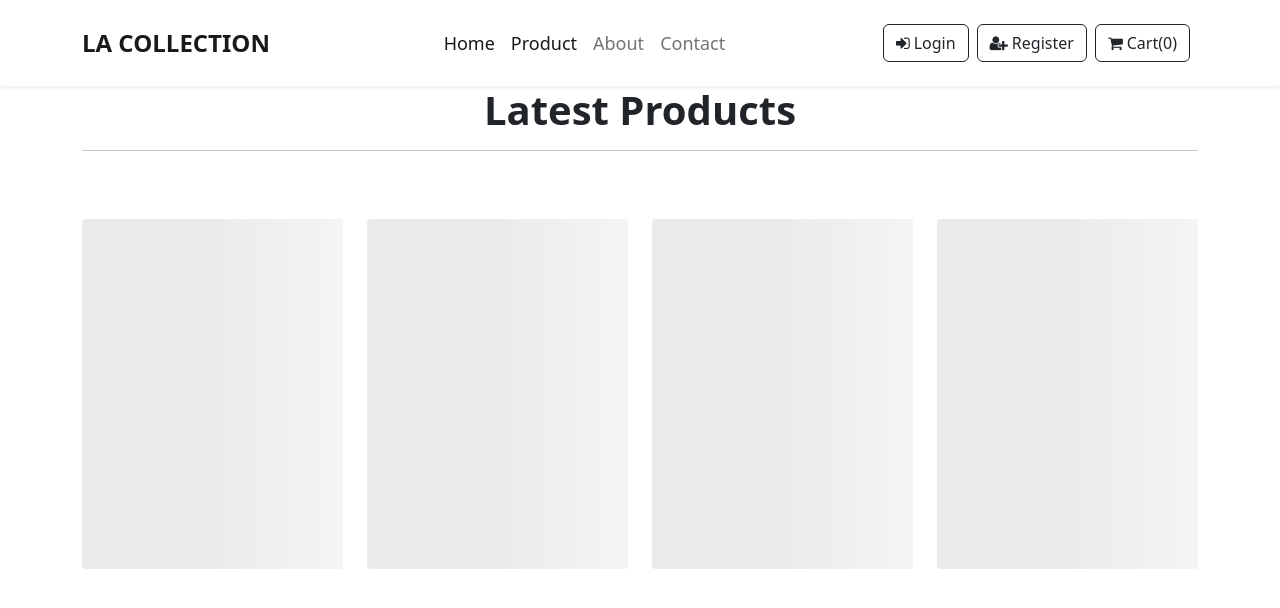
Repository: tiendungjr123/Ecommerce
Page: /products
The author's editor kept a copy of each file at every save. The page is drawn from the files as they stood at one save, then again after the next save.
The browser window is 1280 px wide. The pictures show the whole page.
The page's requests for data from a server got no answer. The project was rebuilt for these pictures with package versions that can differ from the ones it lists, and the page was loaded fresh each time. No one was signed in, and anything a server would have sent is missing. Also part of the build but not shown: src/components/Home.jsx, src/redux/action/index.js, src/components/ProductDetail.jsx, src/components/About.jsx, src/components/Contact.jsx, src/components/Cart.jsx, src/components/Checkout.jsx.

Above is the page before, as saved 2022-10-04 21:18:04.

### src/index.js
import React from 'react';
import ReactDOM from 'react-dom/client';
import './index.css';
import App from './App';
import '../node_modules/bootstrap/dist/css/bootstrap.min.css';
import '../node_modules/bootstrap/dist/js/bootstrap.min.js';
import '../node_modules/font-awesome/css/font-awesome.min.css';
import 'react-loading-skeleton/dist/skeleton.css'
import 'react-notifications/lib/notifications.css';
import { BrowserRouter } from 'react-router-dom';
import store from './redux/store';
import { Provider } from 'react-redux';
const root = ReactDOM.createRoot(document.getElementById('root'));
root.render(
   <BrowserRouter>
      <Provider store={store}>
         <App />
      </Provider>
   </BrowserRouter>
);

### src/index.css
body {
   margin: 0;
   font-family: -apple-system, BlinkMacSystemFont, "Segoe UI", "Roboto", "Oxygen", "Ubuntu", "Cantarell", "Fira Sans",
      "Droid Sans", "Helvetica Neue", sans-serif;
   -webkit-font-smoothing: antialiased;
   -moz-osx-font-smoothing: grayscale;
}

code {
   font-family: source-code-pro, Menlo, Monaco, Consolas, "Courier New", monospace;
}

### src/App.js
import './App.css';
import Home from './components/Home';
import Navbar from './components/Navbar';
import {Route,  Routes} from 'react-router-dom';
import Products from './components/Products';
import ProductDetail from './components/ProductDetail';
import About from './components/About';
import Contact from './components/Contact';
import Cart from './components/Cart';
import Checkout from './components/Checkout';
function App() {
   return (
      <>
         <Navbar/>
         <Routes>
            <Route exact path='/' element={<Home/>}/>
            <Route exact path='/products' element={<Products/>}/>
            <Route exact path='/products/:id' element={<ProductDetail/>}/>
            <Route exact path='/about' element={<About/>}/>
            <Route exact path='/contact' element={<Contact/>}/>
            <Route exact path='/cart' element={<Cart/>}/>
            <Route exact path='/checkout' element={<Checkout/>}/>
         </Routes>
      </>
   );
}

export default App;

### src/redux/store.js
import { createStore } from "redux";
import rootReducers from "./reducer";
const store = createStore(rootReducers);

export default store;

### src/App.css
/* Navbar css */

.navbar-nav a{
   font-size: 18px;
}

/* Card css*/

.card{
   transition: all 0.5s ease;
}

.card:hover{
   transform: scale(1);
   box-shadow: 5px 5px 10px rgba(0, 0, 0, 0.5);
}

/* Product detail */
.img-detail{
   transition: all 0.5s ease;
}
.img-detail:hover{
   transform: scale(1.1);
   box-shadow: 5px 5px 10px rgba(0, 0, 0, 0.5);
}

### src/components/Navbar.jsx
import React, { useState } from 'react';
import { NavLink } from 'react-router-dom';
import { useSelector } from 'react-redux';
import Login from './Login';
import Register from './Register';
const Navbar = () => {
   const state = useSelector((state) => state.handleCart);
   return (
      <div>
         <nav className="navbar navbar-expand-lg bg-white py-3 shadow-sm">
            <div className="container">
               <NavLink className="navbar-brand fw-bold fs-4" to="/">LA COLLECTION</NavLink>
               <button className="navbar-toggler" type="button" data-bs-toggle="collapse" data-bs-target="#navbarSupportedContent" aria-controls="navbarSupportedContent" aria-expanded="false" aria-label="Toggle navigation">
                  <span className="navbar-toggler-icon"></span>
               </button>
               <div className="collapse navbar-collapse" id="navbarSupportedContent">
                  <ul className="navbar-nav mx-auto mb-2 mb-lg-0">
                     <li className="nav-item">
                        <NavLink className="nav-link active" aria-current="page" to="/">Home</NavLink>
                     </li>
                     <li className="nav-item">
                        <NavLink className="nav-link" to="/products">Product</NavLink>
                     </li>
                     <li className="nav-item">
                        <NavLink className="nav-link" to="/about">About</NavLink>
                     </li>
                     <li className="nav-item">
                        <NavLink className="nav-link" to="/contact">Contact</NavLink>
                     </li>
                  </ul>
               </div>
               <Login />
               <Register/>
               <NavLink to="/cart" className='btn btn-outline-dark m-2'>
                  <i className='fa fa-shopping-cart me-1'></i>Cart({state.length})
               </NavLink>
            </div>
         </nav>
      </div>
   );
}

export default Navbar;

### src/components/Products.jsx
import React, { useState, useEffect } from 'react'
import Skeleton from 'react-loading-skeleton';
import { NavLink } from 'react-router-dom';
const Products = () => {

   const [data, setData] = useState([]);
   const [filter, setFilter] = useState(data);
   const [loading, setLoading] = useState(false);

   let componentMounted = true;

   useEffect(() => {
      const getProducts = async () => {
         setLoading(true);
         const response = await fetch("https://fakestoreapi.com/products");
         if (componentMounted) {
            setData(await response.clone().json());
            setFilter(await response.json());
            setLoading(false);
         }
         return () => {
            componentMounted = false;
         }
      }
      getProducts();
   }, []);

   const Loading = () => {
      return (
         <>
            <div className="col-md-3">
               <Skeleton height={350} />
            </div>
            <div className="col-md-3">
               <Skeleton height={350} />
            </div>
            <div className="col-md-3">
               <Skeleton height={350} />
            </div>
            <div className="col-md-3">
               <Skeleton height={350} />
            </div>
         </>
      )
   }
   const filterProduct = (cat) => {
      const updateList = data.filter((item) => item.category === cat);
      setFilter(updateList);
   }
   const ShowProducts = () => {
      return (
         <>
            <div className="buttons d-flex justify-content-center mb-5 pd-5">
               <button className='btn btn-outline-dark me-2' onClick={() => setFilter(data)}>ALL</button>
               <button className='btn btn-outline-dark me-2' onClick={() => filterProduct("men's clothing")}>Men's Clothing</button>
               <button className='btn btn-outline-dark me-2' onClick={() => filterProduct("women's clothing")}>Women's Clothing</button>
               <button className='btn btn-outline-dark me-2' onClick={() => filterProduct("jewelery")}>Jewelery</button>
               <button className='btn btn-outline-dark me-2' onClick={() => filterProduct("electronics")}>Electronic</button>
            </div>
            {filter.map((product) => {
               return (
                  <>
                     <div className="col-lg-3 col-md-4 col-sm-6 col-xs-12 mb-4">
                        <div className="card h-100 text-center p-4" key={product.id} >
                           <img src={product.image}
                              className="card-img-top"
                              alt={product.tittle}
                              height="250px"
                           />
                           <div className="card-body">
                              <h5 className="card-title mb-0">{product.title.substring(0, 12)}...</h5>
                              <p className="card-text lead fw-bold">${product.price}</p>
                              <NavLink to={`/products/${product.id}`} className="btn btn-outline-dark">Buy Now</NavLink>
                           </div>
                        </div>
                     </div>
                  </>
               )
            })}
         </>
      )
   }
   return (
      <div>
         <div className="container">
            <div className="row">
               <div className="col-12 mb-5">
                  <h1 className='display-6 fw-bolder text-center'>Latest Products</h1>
                  <hr />
               </div>
            </div>
            <div className="row justify-content-center">
               {loading ? <Loading /> : <ShowProducts />}
            </div>
         </div>
      </div>
   )
}

export default Products

### src/redux/reducer/index.js
import handleCart from "./handleCart";
import { combineReducers } from "redux";

const rootReducers =  combineReducers({
   handleCart,
})

export default rootReducers;

### src/components/Login.jsx
import React from 'react';

const Login = () => {
   return (
      <>
         <button type="button" className="btn btn-outline-dark ms-auto" data-bs-toggle="modal" data-bs-target="#loginModal">
            <i className='fa fa-sign-in me-1' />Login
         </button>
         <div className="modal fade" id="loginModal" tabIndex="-1" aria-labelledby="loginModalLabel" aria-hidden="true">
            <div className="modal-dialog">
               <div className="modal-content">
                  <div className="modal-header">
                     <h1 className="modal-title fs-5 fw-bold" id="loginModalLabel">Login</h1>
                     <button type="button" className="btn-close" data-bs-dismiss="modal" aria-label="Close"></button>
                  </div>
                  <div className="modal-body">
                     <button className='btn btn-dark w-100 mb-2'>
                        <i className='fa fa-google me-2'></i>Sign in With Google
                     </button>
                     <button className='btn btn-dark w-100 mb-2'>
                        <i className='fa fa-facebook me-2'></i>Sign in With Facebook
                     </button>
                     <form>
                        <div class="mb-3">
                           <label htmlFor="exampleInputEmail1" class="form-label">Email address</label>
                           <input type="email" class="form-control" id="exampleInputEmail1" aria-describedby="emailHelp"/>
                              <div id="emailHelp" class="form-text">We'll never share your email with anyone else.</div>
                        </div>
                        <div class="mb-3">
                           <label htmlFor="exampleInputPassword1" class="form-label">Password</label>
                           <input type="password" class="form-control" id="exampleInputPassword1"/>
                        </div>
                        <div class="mb-3 form-check">
                           <input type="checkbox" class="form-check-input" id="exampleCheck1"/>
                              <label class="form-check-label" htmlFor="exampleCheck1">Check me out</label>
                        </div>
                        <button type="submit" class="btn btn-outline-dark w-100">Submit</button>
                     </form>
                  </div>
               </div>
            </div>
         </div>
      </>
   );
}

export default Login;

### src/components/Register.jsx
import React from 'react';

const Register = () => {
   return (
      <>
         <button type="button" class="btn btn-outline-dark ms-2" data-bs-toggle="modal" data-bs-target="#registerModal">
            <i className='fa fa-user-plus me-1'></i>Register
         </button>
         <div className="modal fade" id="registerModal" tabIndex="-1" aria-labelledby="registerModalLabel" aria-hidden="true">
            <div className="modal-dialog">
               <div className="modal-content">
                  <div className="modal-header">
                     <h1 className="modal-title fs-5 fw-bold" id="registerModalLabel">Register</h1>
                     <button type="button" className="btn-close" data-bs-dismiss="modal" aria-label="Close"></button>
                  </div>
                  <div className="modal-body">
                     <button className='btn btn-dark w-100 mb-2'>
                        <i className='fa fa-google me-2'></i>Sign up With Google
                     </button>
                     <button className='btn btn-dark w-100 mb-2'>
                        <i className='fa fa-facebook me-2'></i>Sign up With Facebook
                     </button>
                     <form>
                        <div class="mb-3">
                           <label htmlFor="exampleInput" class="form-label">User Name</label>
                           <input type="text" class="form-control" id="exampleInput" aria-describedby="emailHelp" />
                        </div>
                        <div class="mb-3">
                           <label htmlFor="exampleInputEmail1" class="form-label">Email address</label>
                           <input type="email" class="form-control" id="exampleInputEmail1" aria-describedby="emailHelp" />
                           <div id="emailHelp" class="form-text">We'll never share your email with anyone else.</div>
                        </div>
                        <div class="mb-3">
                           <label htmlFor="exampleInputPassword1" class="form-label">Password</label>
                           <input type="password" class="form-control" id="exampleInputPassword1" />
                        </div>
                        <button type="submit" class="btn btn-outline-dark w-100">Submit</button>
                     </form>
                  </div>
               </div>
            </div>
         </div>
      </>
   );
}

export default Register;

### src/redux/reducer/handleCart.js
const cart = [];

const handleCart = (state = cart, action) => {
   const product = action.payload;
   switch (action.type) {
      case 'cart/addProduct':
         const exist = state.find((x) => x.id === product.id);
         if (exist) {
            return state.map((x) => x.id === product.id ? { ...x, qty: x.qty + 1 } : x)
         }else{
            const product = action.payload;
            return [
               ...state,
               {
                  ...product,
                  qty: 1,
               }
            ]
         }
         break;
      case 'cart/deleteProduct':
         const exist1 = state.find((x) => x.id === product.id);
         if(exist1.qty === 1){
            return state.filter((x) => x.id !== exist1.id)
         }
         else{
            return state.map((x) =>
               x.id === product.id ? {...x, qty: x.qty-1}:x
            );
         }
         break;
      default:
         return state;
   }
}

export default handleCart;

Loaded but not shown: public/index.html (common file)

After the next save:
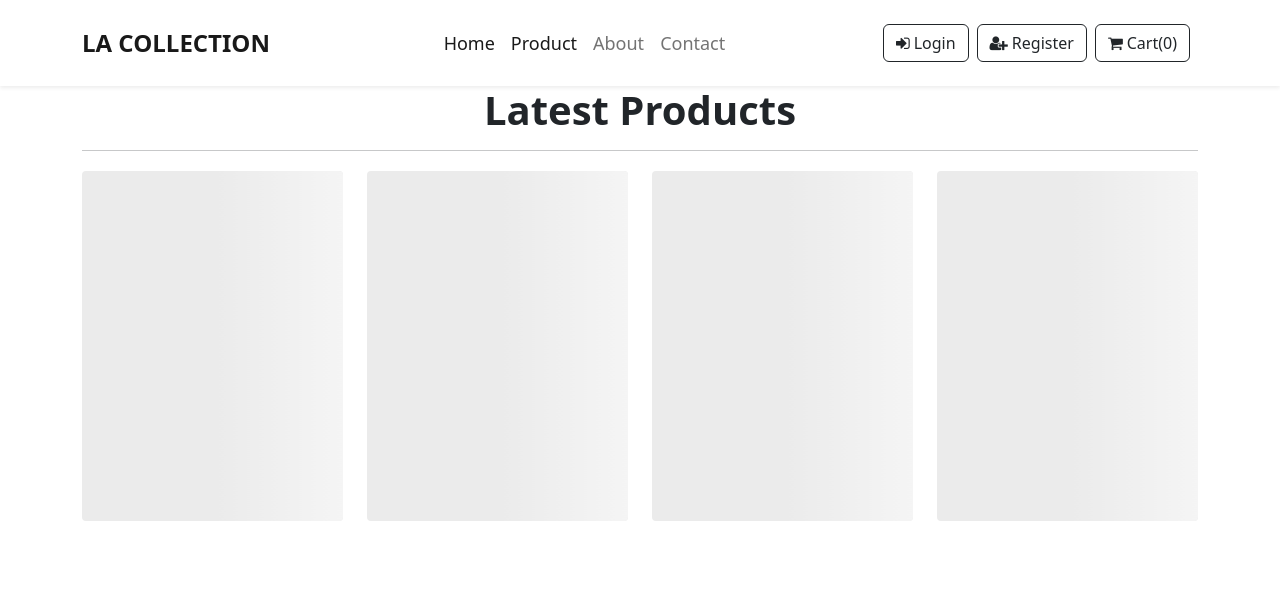
Saved 14 s later.
--- a/src/components/Products.jsx
+++ b/src/components/Products.jsx
@@ -82,9 +82,9 @@ const Products = () => {
    }
    return (
       <div>
-         <div className="container">
+         <div className="container  mb-5">
             <div className="row">
-               <div className="col-12 mb-5">
+               <div className="col-12">
                   <h1 className='display-6 fw-bolder text-center'>Latest Products</h1>
                   <hr />
                </div>
